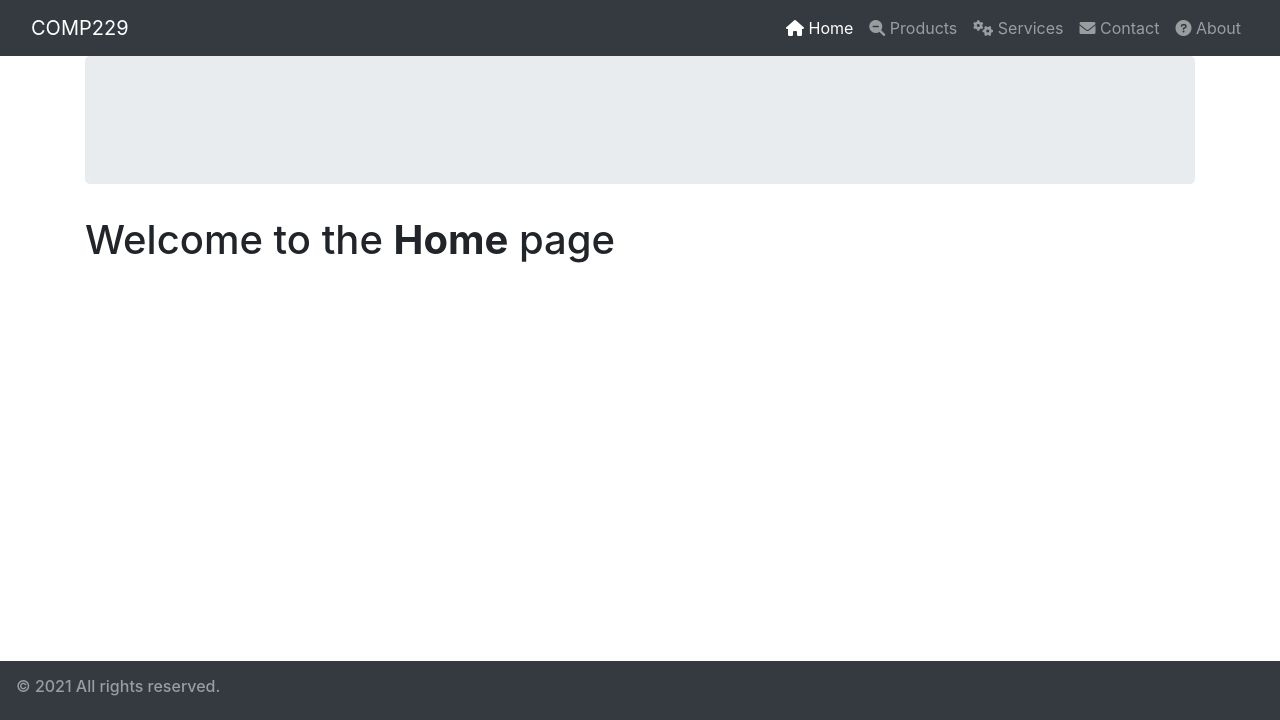
Repository: arsh16/week3_demo2
Page: http://localhost/
An editor plug-in stored every save of this project. The page is shown before and after the next save, followed by the edit.
The browser window is 1280 px wide. The pictures show the whole page.
Some web libraries are served in a nearby version. The page is served by the project's Node server (server.js).

Above is the page before, as saved 2021-09-30 14:21:09.

After the next save:
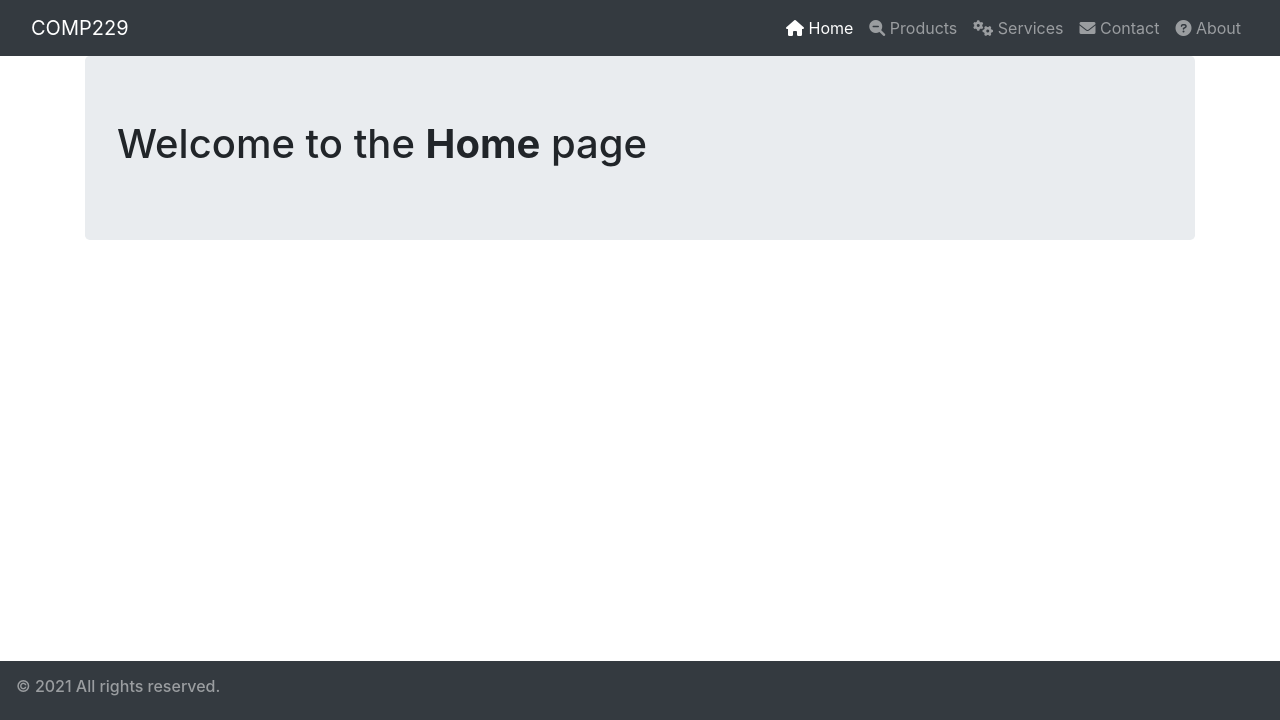
Saved 19 s later.
--- a/views/index.ejs
+++ b/views/index.ejs
@@ -3,7 +3,7 @@
 <%-include partials/main_nav.ejs%>
 
   <main class="container">
-    <div class="jumbotron"></div>
+    <div class="jumbotron">
     <h1>Welcome to the <b><%= title %></b> page</h1>
 
   </div>
